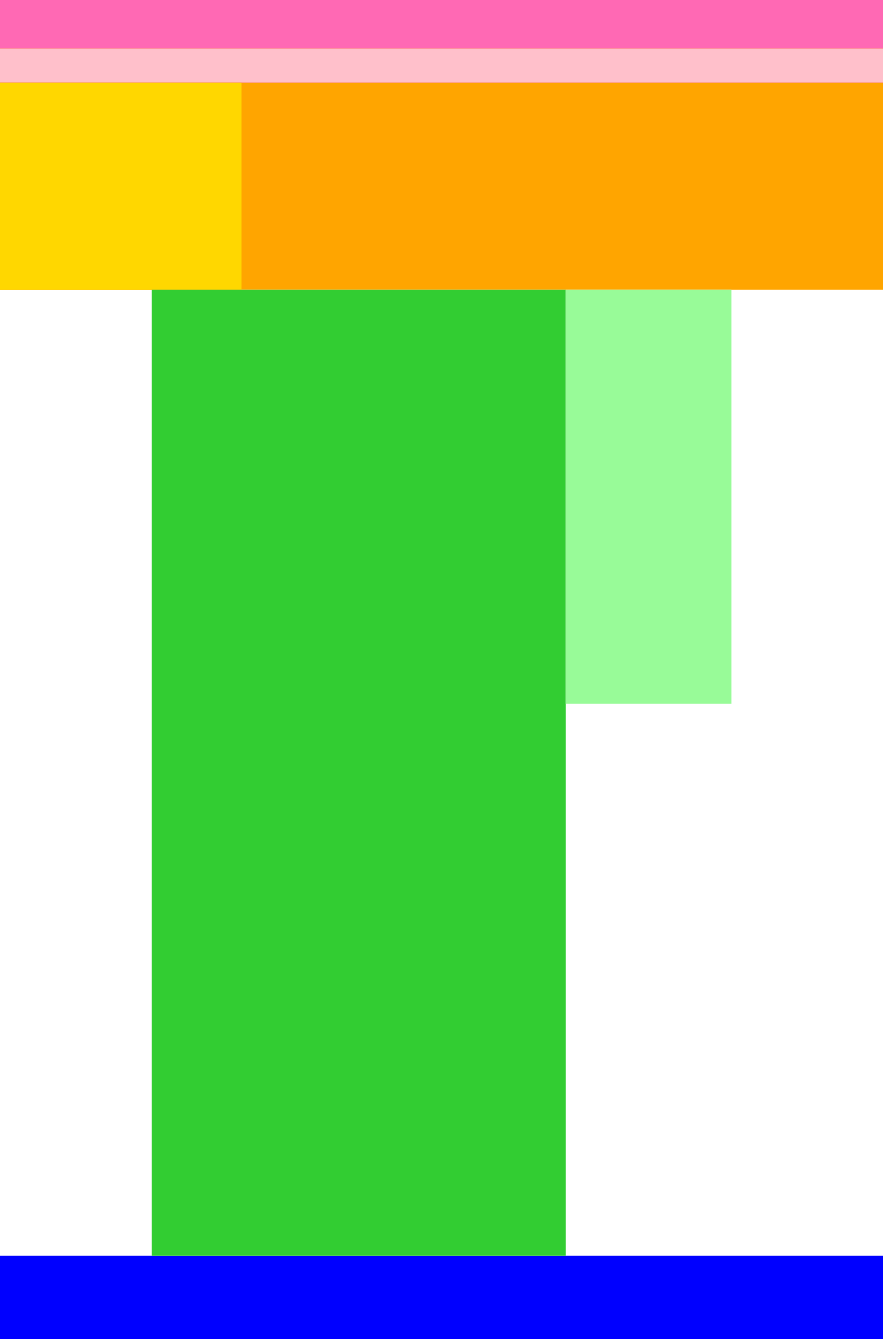
Repository: rascalNoShippo/git-practice
Page: caravan/index.html
The author's editor kept a record of every edit. The page is drawn from the files as they stood at one moment, then again after the next edit.
The browser window is 1280 px wide. The pictures show the whole page, at 69% of full size.

Above is the page before.

### caravan/index.html
<!DOCTYPE html>
<html lang="ja">
  <head>
    <meta charset="UTF-8" />
    <link rel="stylesheet" href="style.css" />
    <title>CARAVAN</title>
  </head>

  <body>
    <div class="header">
      <div class="header-top"></div>
      <div class="header-bottom"></div>
    </div>
    <div class="main-visual">
      <div class="main-visual-content"></div>
      <div></div>
    </div>
    <div class="main">
      <div class="blog"></div>
      <div class="sidebar"></div>
    </div>
    <div class="footer">

    </div>
  </body>
</html>

### caravan/style.css
* {
  margin: 0;
  padding: 0;
  box-sizing: border-box;
}

.header{
  width: 100%;
  height: 120px;
  background-color: red;
}

.header-top{
  width: 100%;
  height: 70px;
  background-color: hotpink;
}

.header-bottom{
  width: 100%;
  height: 50px;
  background-color: pink;
}

.main-visual{
  width: 100%;
  height: 300px;
  background-color: orange;
}

.main-visual-content{
  width: 350px;
  height: 300px;
  background-color: gold;
}

.main{
  width: 840px;
  height: 1400px;
  /*background-color: green;*/
  display: flex;
  justify-content: center;
  margin: 0 auto;
}

.blog{
  width: 600px;
  height: 1400px;
  background-color: limegreen;
}

.sidebar{
  width: 240px;
  height: 600px;
  background-color: palegreen;
}

.footer{
  width: 100%;
  height: 120px;
  background-color: blue;
}

After the next edit:
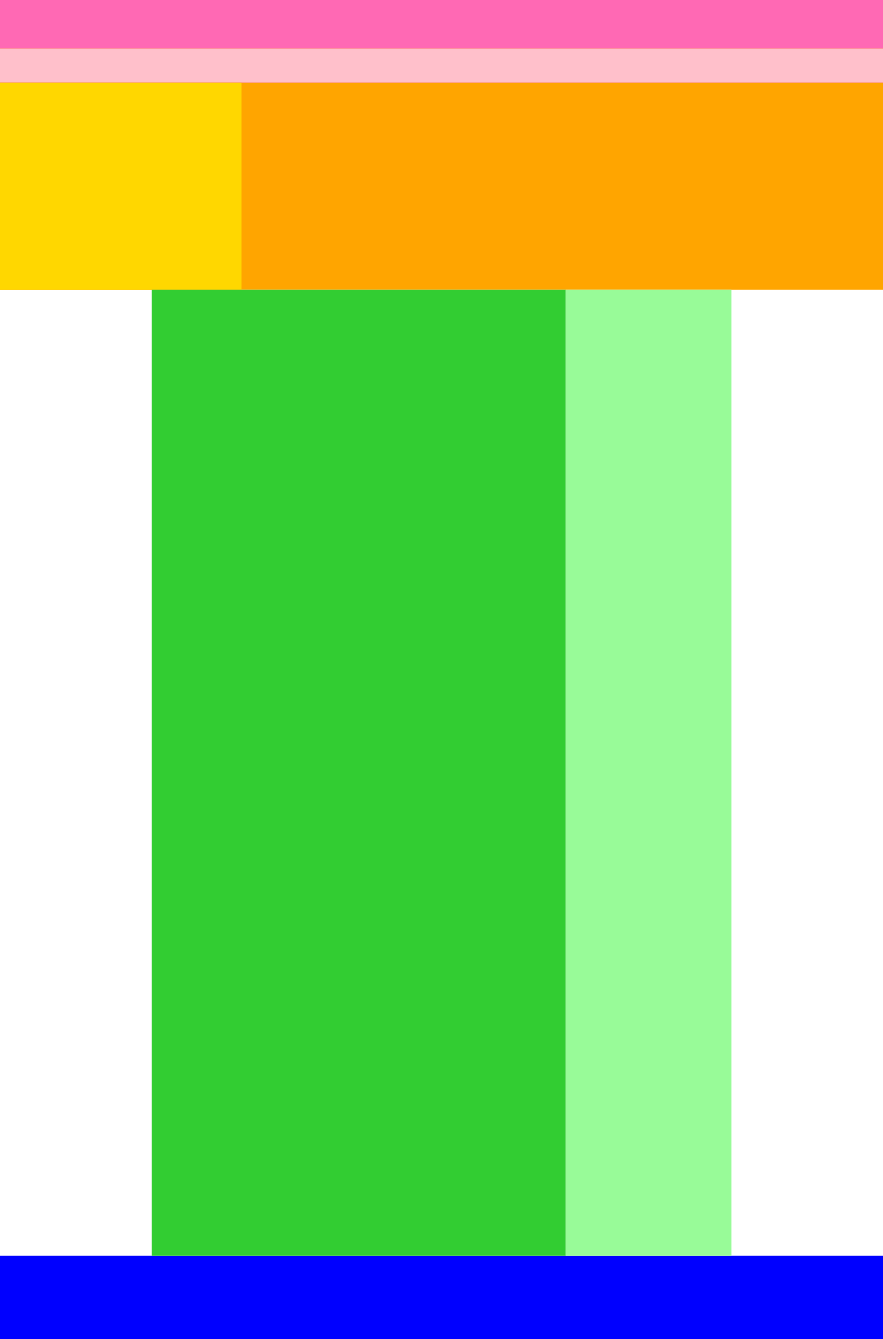
The edit:
--- a/caravan/style.css
+++ b/caravan/style.css
@@ -51,7 +51,7 @@
 
 .sidebar{
   width: 240px;
-  height: 600px;
+  height: 1400px;
   background-color: palegreen;
 }
 
